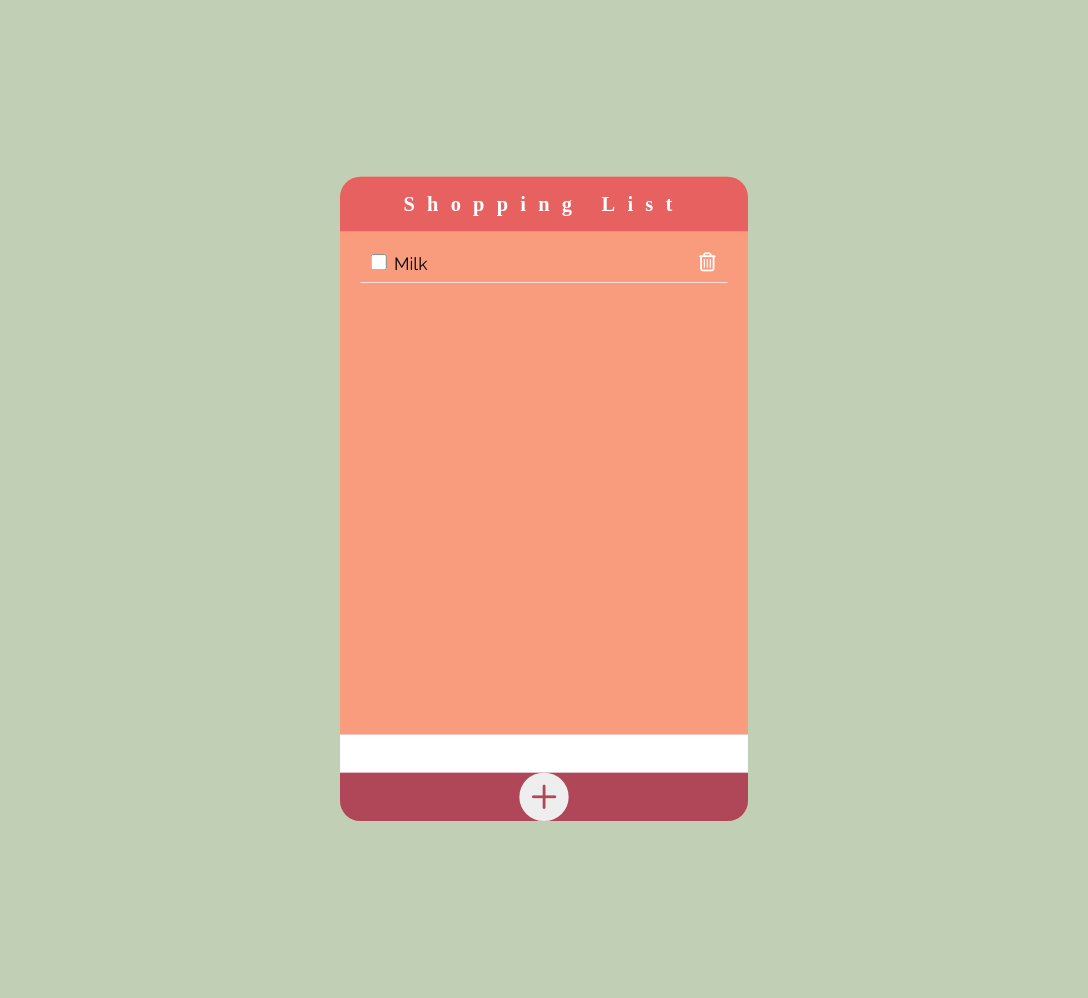
Repository: sephinejo/shopping-list-app
Page: index.html
These files come from the project's save history. The page is drawn as it stood at one moment and after the next save; the edit follows.
The browser window is 1280 px wide. The pictures show the whole page, at 85% of full size.
Some web fonts or font styles are not loaded; a fallback is used. Some web libraries are served in a nearby version.

Above is the page before, as saved 2023-05-12 16:25:47.

After the next save:
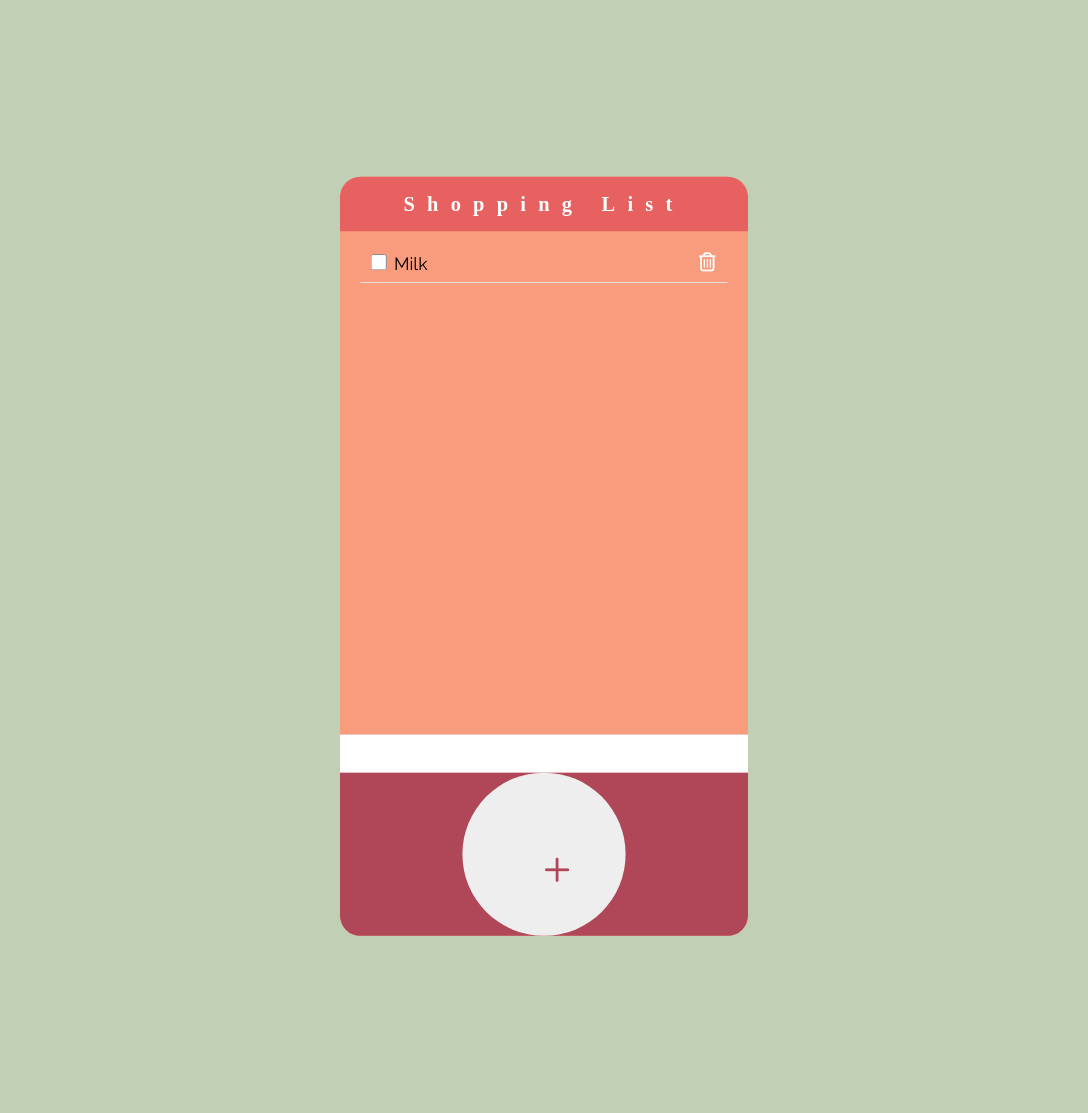
Saved 6 s later.
--- a/style.css
+++ b/style.css
@@ -91,7 +91,7 @@
 }
 
 .footer__add {
-  padding: 0.5rem;
+  padding: 6rem;
   height: 3.6rem;
   width: 3.6rem;
   background-color: #eee;

After the save that followed:
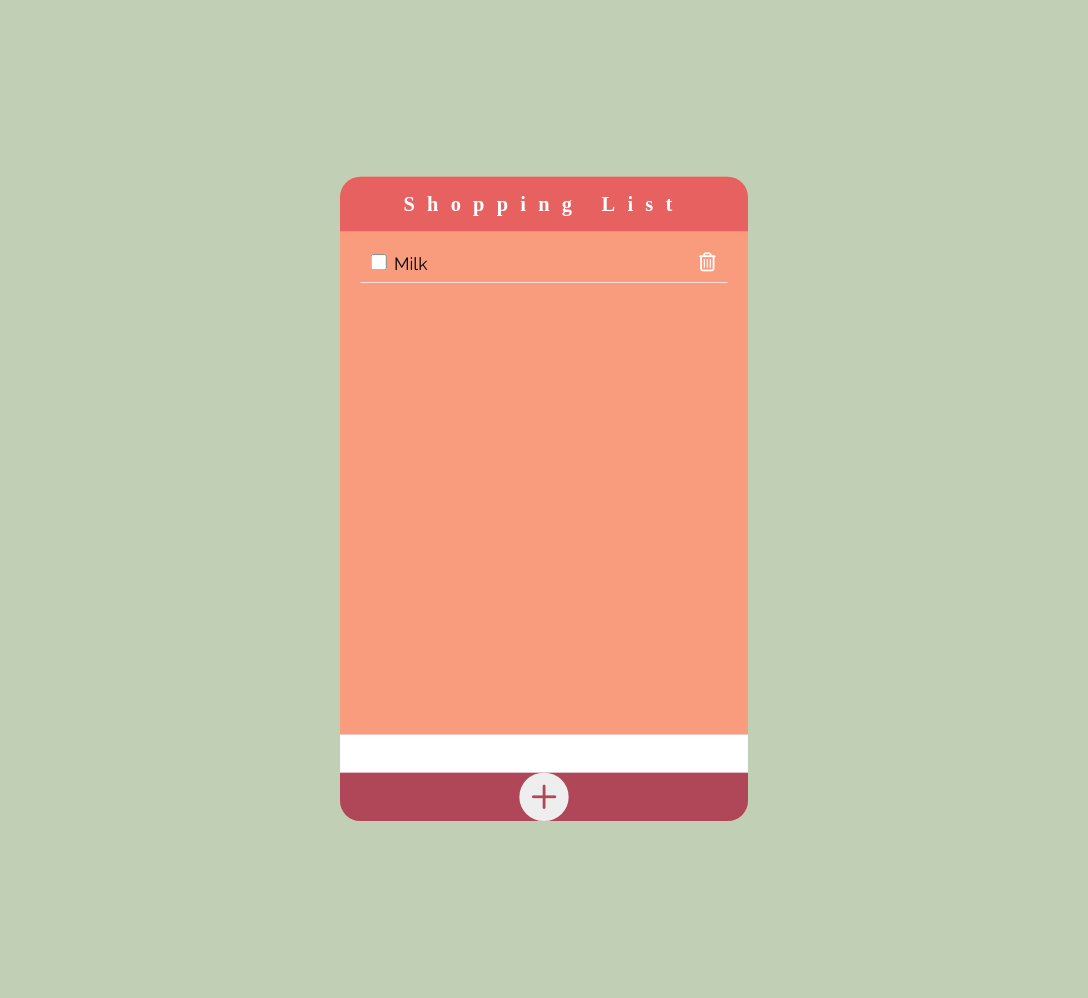
Saved 7 s later.
--- a/style.css
+++ b/style.css
@@ -91,7 +91,6 @@
 }
 
 .footer__add {
-  padding: 6rem;
   height: 3.6rem;
   width: 3.6rem;
   background-color: #eee;
